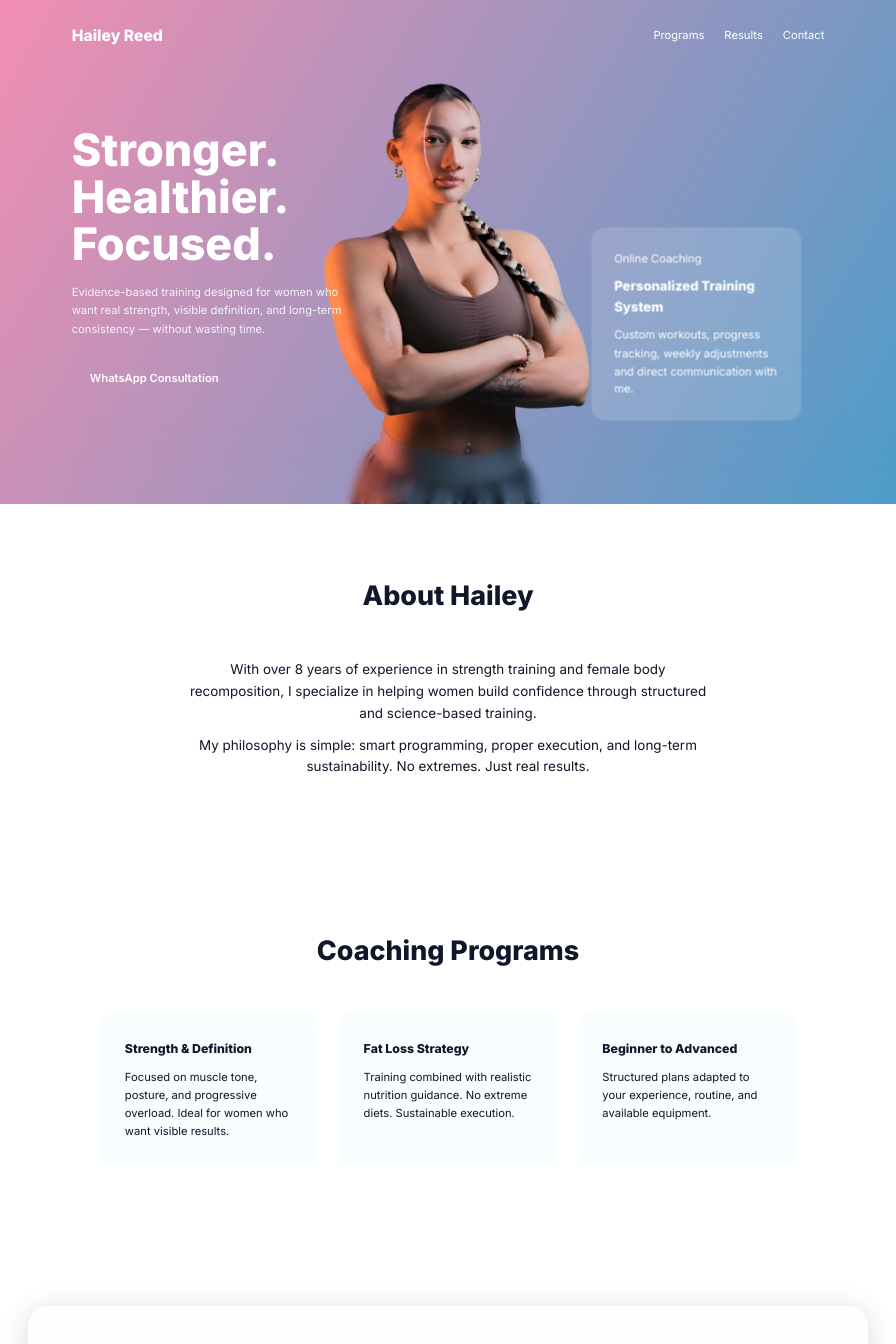
Repository: davidfsillva/Hailey-Reed-Coaching
Page: index.html
The author's editor kept a copy of each file at every save. The page is drawn from the files as they stood at one save, then again after the next save.
The browser window is 1280 px wide. The pictures show the part of the page from y = 0 to 1920 px (the page is 5223 px tall), at 70% of full size.

Above is the page before, as saved 2026-02-12 09:25:41.

After the next save:
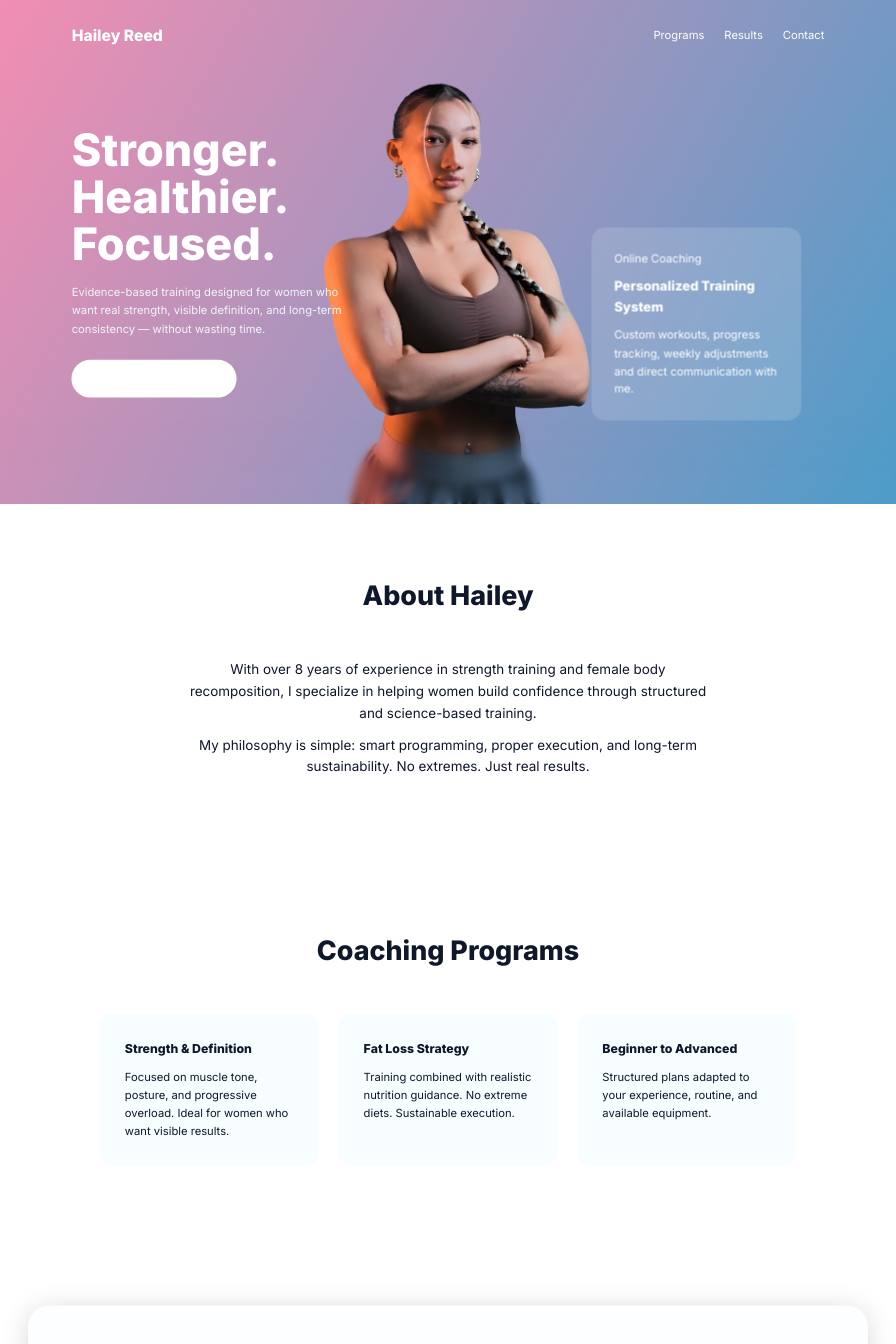
Saved 4 s later.
--- a/style.css
+++ b/style.css
@@ -113,7 +113,7 @@ body {
 }
 
 .btn.primary {
-  background: ;
+  background: #ffffff;
   color: white;
   background-size: 200% 200%;
   transition: all 0.4s ease;
